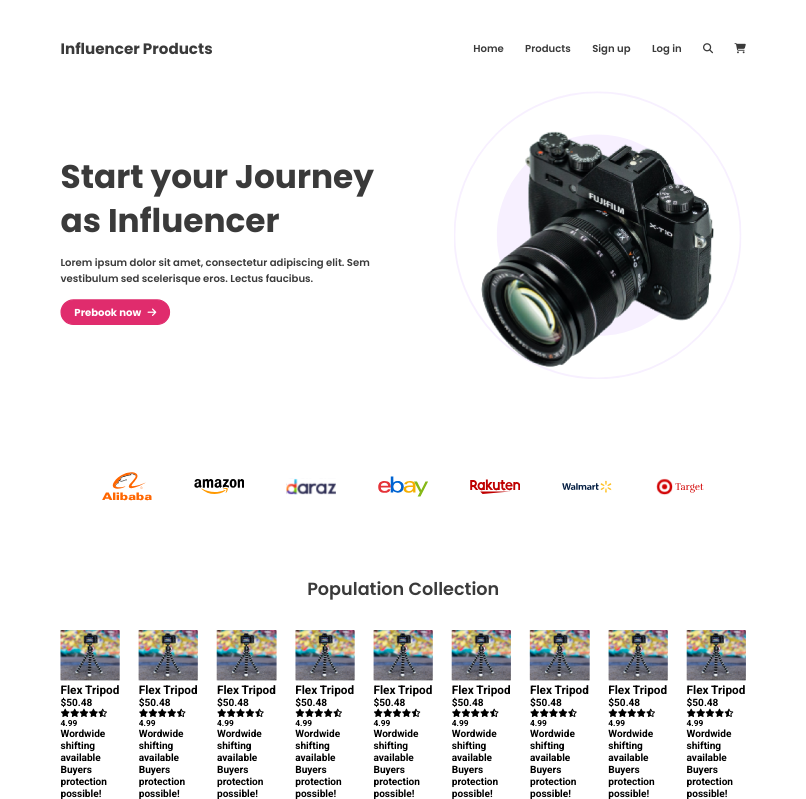
Repository: ShouravAhammed/Influencer-Gear-webpage
Page: index.html
The author's editor kept a copy of each file at every save. The page is drawn from the files as they stood at one save, then again after the next save.
The browser window is 1280 px wide. The pictures show the whole page, at 63% of full size.
Some web libraries are served in a nearby version.

Above is the page before, as saved 2024-01-15 02:43:51.

After the next save:
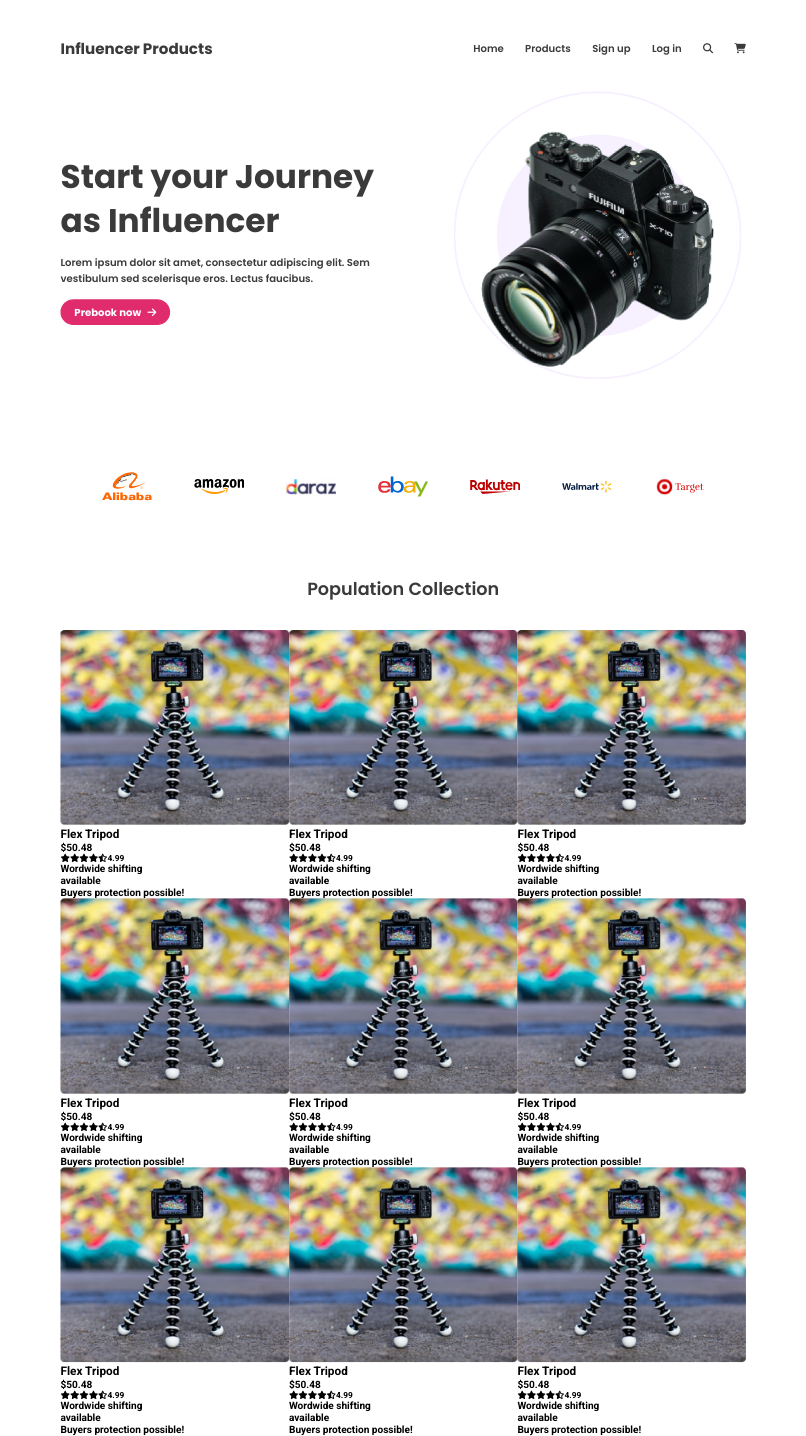
Saved 68 s later.
--- a/Style/style.css
+++ b/Style/style.css
@@ -144,9 +144,8 @@
     margin-bottom: 30px;
 }
 .card-content-box{
-    display: flex;
-    align-items: center;
-    gap: 30px;
+    display: grid;
+    grid-template-columns: repeat(3, 1fr);
 }
 .card-content img{
     width: 100%;
